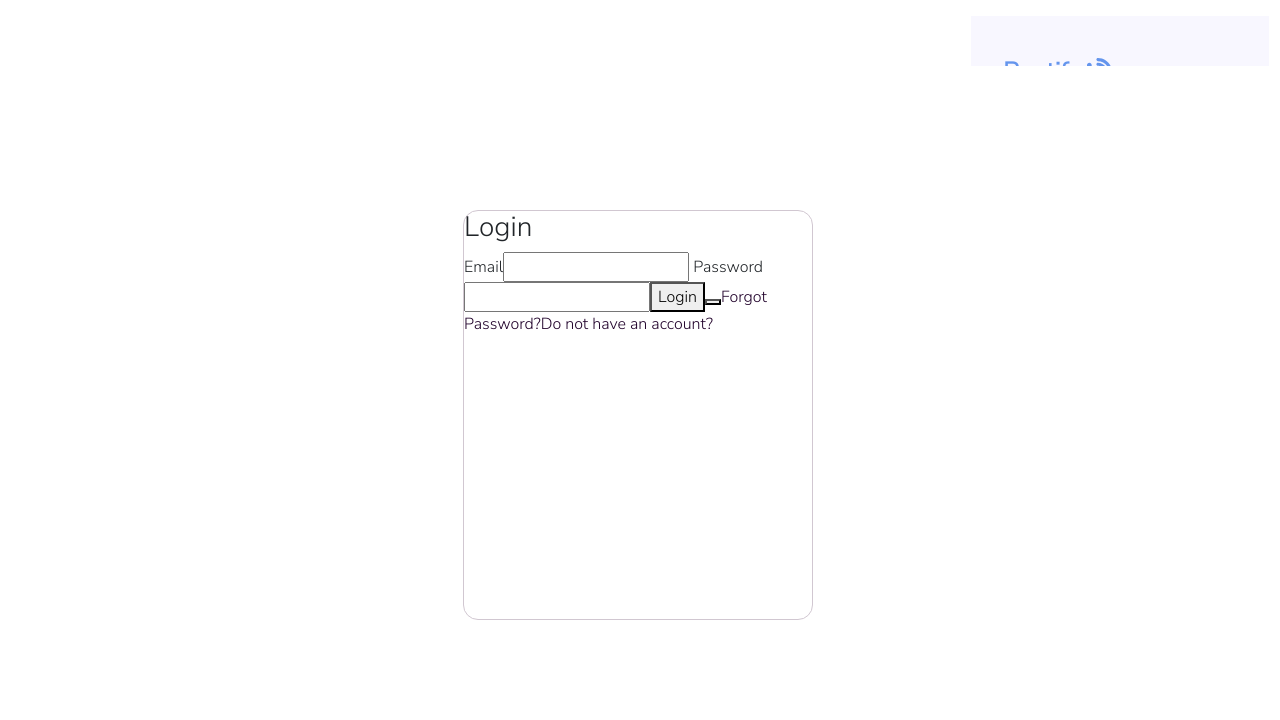
Repository: duzzisantos/rentify
Page: /auth/home
These files come from the project's save history. The page is drawn as it stood at one moment and after the next save; the edit follows.
The browser window is 1280 px wide. The pictures show the whole page.
The page's requests for data from a server got no answer. The project was rebuilt for these pictures with package versions that can differ from the ones it lists, and the page was loaded fresh each time. No one was signed in, and anything a server would have sent is missing. Also part of the build but not shown: src/admin.js, src/auth/register.js, src/table-component.js, src/edit-property.js, src/tables.js, src/booking.js.

Above is the page before, as saved 2022-05-19 00:41:43.

### src/App.js
import "./App.css";
import "react-bootstrap";
import "bootstrap/dist/css/bootstrap.min.css";
import { Route, Routes } from "react-router-dom";
import Homepage from "./home";
import Admins from "./admin";
import Auth from "./auth/auth";
import Login from "./auth/login";
import Register from "./auth/register";
import Tables from "./tables";
import EditProperty from "./edit-property";
import Booking from "./booking";

function App() {
  return (
    <div className="App">
      <Auth/>
      <Routes>
        <Route path="/" element={<Login />} />
        <Route path="login/*" element={<Login />} />
        <Route path="register/*" element={<Register />} />
        <Route path="auth/*" element={<Auth />} />
        <Route path="auth/home/*" element={<Homepage />} />
        <Route path="auth/admin" element={<Admins />} />
        <Route path="auth/tables/*" element={<Tables />} />
        <Route path="auth/admin/edit-property/:ID" element={<EditProperty />} />
        <Route path="booking/:ID" element={<Booking />} />
      </Routes>
    </div>
  );
}

export default App;

### src/App.css
@import url("https://fonts.googleapis.com/css2?family=Nunito+Sans:wght@300&family=Poppins:wght@200;300&family=Roboto&family=Roboto+Serif:wght@300&family=Ubuntu:wght@300&display=swap");
* {
  font-family: "Nunito Sans", sans-serif;
}
.App {
  /* display: flex;
  flex-direction: column; */
  height: fit-content;
  width: 100%;
}

.hero {
  height: calc(0.25 * 657px);
  background-color: rgb(33, 2, 43);
  width: 100%;
  padding-top: 80px;
  margin-top: 120px;
  background-image: url("https://i.dlpng.com/static/png/7058604_preview.png");
  background-repeat: no-repeat;
  background-size: cover;
  background-position: 0%;
  filter: grayscale(0);
}

.filter-property {
  height: calc(0.6 * 657px);
  background-color: azure;
  width: 100%;
  color: gray;
  justify-content: center;
  align-items: center;
  bottom: 0;
  padding-top: 40px;
}

.filter-property input {
  text-align: center;
}
#display-results {
  height: 657px;
  background-color: white;
  width: 100%;
  color: gray;
}

#hero-text {
  height: 80%;
  text-align: center;
}

h1 {
  color: white;
  padding-top: 0px;
  font-size: clamp(20px, 55px, 60px);
}

h4,
h6 {
  padding-top: 10px;
  margin-left: 25px;
  font-size: clamp(10px, 15px, 20px);
  color: rgba(0, 0, 0, 0.705);
}

.filter-property span {
  margin-left: 25px;
  margin-top: 10px;
  color: rgba(0, 0, 0, 0.705);
  display: block;
  font-weight: 600;
  font-size: 14px;
}

.filter-property label {
  display: inline-block;
  margin-left: 22px;
  font-size: 13px;
  color: rgba(0, 0, 0, 0.705);
}

.filter-property input[type="checkbox"] {
  display: inline-block;
  margin-left: 5px;
}

#search-btn {
  background-color: transparent;
  border: 1px solid black;
  color: rgba(0, 0, 0, 0.705);
  border-radius: 10px;
  display: block;
  margin-left: 25px;
  margin-top: 10px;
  padding: 6px;
  font-size: 13px;
  width: 70px;
  margin-bottom: 20px;
}

#search-btn:hover {
  border: 1px solid rgb(33, 2, 43);
  color: rgb(33, 2, 43);
}

.link {
  text-decoration-line: none;
  color: white;
  margin: 10px;
}

.links{
  color: rgb(33, 2, 43);
  text-decoration: none;
}
.link:hover {
  color: gray;
}

tr .link {
  text-decoration-line: none;
  color: rgba(0, 0, 0, 0.705);
  margin: 10px;
}

tr .link:hover {
  color: rgb(33, 2, 43);
}

.admin-container,
.edit-container {
  height: fit-content;
  padding-top: 80px;
  display: flex;
  flex-direction: column;
  width: 100%;
  justify-content: center;
  align-items: center;
}

.admin-container h2,
.admin-container h6,
.edit-container h6 {
  text-align: center;
}

.admin-container h2,
.edit-container h2 {
  color: rgba(0, 0, 0, 0.705);
  padding: 25px;
}

.admin-container form,
.edit-container form {
  padding-top: 20px;
  width: 450px;
  margin-left: 0;
  display: block;
  background-color: azure;
  display: flex;
  flex-direction: column;
  margin-bottom: 20px;
  border-radius: 15px;
}

.admin-container input,
.edit-container input {
  display: block;
  border: 1px solid rgb(212,212,212);
  border-radius: 15px;
  width: 300px;
  font-size: small;
  text-indent: 5px;
  margin-left: 15%;
}

.admin-container label,
.admin-container span,
.edit-container label,
.edit-container span {
  display: block;
  font-size: small;
  margin-top: 10px;
  margin-left: 15%;
}

#admin-btn {
  border-radius: 15px;
  border: 1px solid transparent;
  margin-bottom: 15px;
  margin-top: 15px;
  color: white;
  background-color: #25D366;
  display: block;
  font-size: small;
  margin-left: 15%;
  width: 100px;
  padding: 4px;
}


.display-data {
  height: fit-content;
  background-color: rgb(33, 2, 43);
  padding-top: 80px;
  color: whitesmoke;
  display: flex;
  flex-direction: column;
}

.display-data h2,
.display-data h6 {
  text-align: center;
  color: whitesmoke;
}

.photos {
  margin-top: 5px;
}

.photos::placeholder {
  font-size: small;
  text-indent: 5px;
}

#search {
  margin-bottom: 15px;
  width: 300px;
  border: 1px solid rgb(212,212,212);
  border-radius: 15px;
  outline: none;
  padding: 4px;
  margin-left: 40%;
  /* margin-left: 19%; * for media query max-width 550px */
}

#search::placeholder {
  font-size: small;
  text-align: center;
}

input {
  outline: none;
}
.database {
  height: fit-content;
  background-color: azure;
  margin-top: 10px;
}

#delete {
  background-color: transparent;
  border: 1px solid #eb5e55;
  color: black;
  border-radius: 5px;
}

#data-reference {
  width: 950px;
  display: inline-block;
  overflow: hidden;
}

#data-reference ol li {
  margin-bottom: 12px;
}
#update-dialog input {
  width: 300px;
  margin-top: 3px;
  display: block;
}

#final-update {
  background-color: rgb(33, 2, 43);
  border: 1px solid transparent;
  color: whitesmoke;
  margin-bottom: 10px;
}

h4,
#display-results span {
  text-align: center;
}

#display-results {
  width: 100%;
  height: fit-content;
  border: 1px solid azure;
}

.one-result {
  width: 100%;
  height: fit-content;
  border: 1px solid whitesmoke;
}

.image-holder {
  height: fit-content;
  width: fit-content;
  border: 1px solid whitesmoke;
  display: flex;
  flex-direction: row;
  flex-wrap: wrap;
  margin-left: 80px;
}

.image-holder img {
  background-repeat: no-repeat;
  background-size: cover;
  height: 140px;
  width: 185px;
  margin: 5px;
  border: 1px solid whitesmoke;
  background-size: cover;
  background-position: center;
  transition: transform 0.5s;
}

.image-holder img:hover {
  transform: scale(1.3);
}
tr img {
  height: 30px;
  width: 40px;
  border: 1px solid whitesmoke;
  background-size: cover;
  background-position: center;
  transition: transform 0.5s;
}

tr img:hover {
  transform: scale(3);
}

.primary-details li {
  font-size: small;
  margin-left: 60px;
}
.primary-details li:nth-child(1) {
  margin-top: 10px;
}
.amenities li {
  list-style-type: none;
  display: inline-block;
  justify-content: space-between;
  margin: 8px;
  margin-left: 50px;
  font-size: small;
}

.booking {
  border: 1px solid rgb(33, 2, 43);
  color: rgb(33, 2, 43);
  background-color: transparent;
  margin-left: 3px;
  border-radius: 15px;
  font-size: 11px;
  margin-bottom: 10px;
}

.isAvailable {
  background-color: #25D366;
  border: 1px solid transparent;
  border-radius: 15px;
  color: white;
  font-size: 11px;
  margin-bottom: 5px;
  margin-left: 80px;
}

.booking-wrapper{
  height: fit-content;
  width: 100%;
  display: flex;
  flex-direction: column;
  justify-content: center;
  align-items: center;
  padding-top: 80px;
}

.my-booking{
  height: 500px;
  width: 400px;
  background-color: azure;
  border-radius: 15px;
}

.my-booking form{
  display: flex;
  flex-direction: column;
}
.my-booking label{
  margin-left: 50px;
  margin-top: 15px;
}
.my-booking input{
  width: 300px;
  margin-left: 50px;
  border-radius: 15px;
  margin-bottom: 5px;
  border: 1px solid rgb(212,212,212);
  text-indent: 10px;
}
.account-display {
  margin-top: 200px;
  margin-left: 35%;
  display: flex;
  flex-direction: column;
  height: 350px;
  width: 400px;
  background-color: rgb(33, 2, 43);
  border-top-left-radius: 50px;
  border-bottom-right-radius: 50px;

  /* margin-left: 36%;
  margin-top: calc(37% / 5); */
}

.account-display .account-nav {
  list-style-type: none;
  display: flex;
  flex-direction: row;
  margin-bottom: 25px;
  margin-top: 10px;
  margin-left: 210px;
}

.account-display .account-nav .links {
  text-decoration-line: none;
  color: whitesmoke;
  margin-left: 20px;
  font-size: small;
}

.account-nav .links:hover {
  color: gray;
}

.account-form-wrapper {
  height: 200px;
  width: 400px;
  display: flex;
  flex-direction: column;
  background-color: rgb(33, 2, 43);
  color: whitesmoke;
  /* border-top-left-radius: 50px;
  border-bottom-right-radius: 50px; */
}

.account-form-wrapper h3 {
  text-align: center;
  margin-bottom: 30px;
}

.account-form-wrapper form {
  display: flex;
  flex-direction: column;
  width: 80%;
  margin-left: 10%;
}

.account-form-wrapper input {
  margin-bottom: 20px;
  border-radius: 10px;
  border: 1px solid transparent;
}

.account-form-wrapper button {
  margin: 20px 10px 0px 0px;
  width: 30%;
  border: 1px solid whitesmoke;
  background-color: transparent;
  border-radius: 50px;
  color: whitesmoke;
}

.account-form-wrapper .account-nav .links {
  color: whitesmoke;
  text-decoration: none;
  list-style-type: none;
}

.list-wrapper {
  padding-top: 80px;
  width: 99%;
  height: fit-content;
}

.auth-container{
  height: 80px;
  width: 100%;
  background-color: rgb(33, 2, 43);
  border: 1px solid white;
}

.login,
.register,
.reset {
  height: 645px;
  width: 99.7%;
  display: -webkit-box;
  display: -ms-flexbox;
  display: flex;
  -webkit-box-orient: vertical;
  -webkit-box-direction: normal;
      -ms-flex-direction: column;
          flex-direction: column;
  -webkit-box-pack: center;
      -ms-flex-pack: center;
          justify-content: center;
  -webkit-box-align: center;
      -ms-flex-align: center;
          align-items: center;
  bottom: 0;
}

.login-container,
.register-container,
.reset-container {
  height: 410px;
  width: 350px;
  border: 1px solid #d1c7d1;
  border-radius: 15px;
  margin-top: 50px;
}

.auth-container {
  height: 52px;
  width: 300px;
  margin-right: 10px;
  overflow: hidden;
  margin-left: auto;
  margin-top: 15px;
  display: -webkit-box;
  display: -ms-flexbox;
  display: flex;
  -webkit-box-orient: horizontal;
  -webkit-box-direction: normal;
      -ms-flex-direction: row;
          flex-direction: row;
}

.auth-span {
  height: -webkit-fit-content;
  height: -moz-fit-content;
  height: fit-content;
  width: -webkit-fit-content;
  width: -moz-fit-content;
  width: fit-content;
  margin-left: 4px;
  margin-top: 5px;
  overflow: hidden;
}

.auth-btn {
  height: 40px;
  width: 40px;
  border-radius: 50%;
  margin-left: 10px;
  margin-top: 8px;
}

.auth-btn:hover {
  color: white;
  background-color: crimson;
  -webkit-transition-delay: 20ms;
          transition-delay: 20ms;
}

/*Navbar component*/

.nav-items {
  width: 100%;
  height: 90px;
  margin-top: 0px;
}

.nav-links {
  display: inline-block;
  margin-left: 20px;
  padding-top: 15px;
}

.nav-links:nth-child(1) {
  font-size: 25px;
  color: cornflowerblue;
  font-weight: 800;
  -webkit-text-decoration-line: none;
          text-decoration-line: none;
  text-decoration: none;
  margin-left: 0px;
}

.nav-items #hamburger-icon {
  display: none;
}

.nav-items .dashboard-container {
  margin-left: 0px;
}

.link {
  color: #525f7a;
  font-size: 14px;
  text-decoration: none;
}

.link:hover {
  -webkit-text-decoration-line: underline;
          text-decoration-line: underline;
  text-decoration-thickness: 2px;
  -webkit-text-decoration-color: cornflowerblue;
          text-decoration-color: cornflowerblue;
}

.nav-wrap {
  display: -webkit-box;
  display: -ms-flexbox;
  display: flex;
  -webkit-box-orient: horizontal;
  -webkit-box-direction: normal;
      -ms-flex-direction: row;
          flex-direction: row;
  margin-top: 0px;
}

.navbar {
  height: 90px;
  background-color: #f8f7ff;
  -webkit-box-shadow: 1px 1px 5px 1px rgba(0, 0, 0, 0.1);
          box-shadow: 1px 1px 5px 1px rgba(0, 0, 0, 0.1);
  width: 100%;
  position: fixed;
  z-index: 2;
  display: -webkit-box;
  display: -ms-flexbox;
  display: flex;
  -webkit-box-orient: horizontal;
  -webkit-box-direction: normal;
      -ms-flex-direction: row;
          flex-direction: row;
}

### src/auth/auth.js
import React, { useState, useEffect } from "react";
import { useAuthState } from "react-firebase-hooks/auth";
import { useNavigate, Link } from "react-router-dom";
import "../App.css";
import { db, auth, logout } from "./firebase";
import { query, collection, getDocs, where } from "firebase/firestore";
import { FontAwesomeIcon } from "@fortawesome/react-fontawesome";
import { library } from "@fortawesome/fontawesome-svg-core";
import {
  faBars,
  faBlog,
  faCake,
  faClock,
  faHouse,
  faPowerOff,
  faUser,
} from "@fortawesome/free-solid-svg-icons";

library.add(faCake, faPowerOff, faHouse, faClock, faUser, faBars);
const isAuthorized = process.env.REACT_APP_ADMIN;

const Auth = () => {
  const [user, loading] = useAuthState(auth);
  const [name, setName] = useState("");
  const navigate = useNavigate();

  const fetchUserName = async () => {
    try {
      const q = query(collection(db, "users"), where("uid", "==", user?.uid));
      const doc = await getDocs(q);
      const data = doc.docs[0].data();
      setName(data.name);
    } catch (err) {
      console.log(err);
    }
  };

  useEffect(() => {
    if (loading) {
      return;
    } else if (!user) {
      fetchUserName();
      return navigate("/");
    }
  });

  // handles menu collapse for navbar

  const handleMenuCollapse = () => {
    var navitems = document.getElementById("myTopnav");
    if (navitems.className === "nav-items") {
      navitems.className += " responsive";
    } else {
      navitems.className = "nav-items";
    }
  };

  return (
    <div className="auth-container">
      <nav className="navbar">
        {/* <div className="img-holder" id="active"></div> */}
        <ul className="nav-items" id="myTopnav">
          <li className="nav-links" id="active">
            <Link to="/auth/home" className="nav-links">
              Rentify <FontAwesomeIcon icon={faBlog} />
            </Link>
          </li>
          <li className="nav-links">
            <Link to="/auth/home" className="link">
              Home
            </Link>
          </li>
          {user?.uid === isAuthorized ? (
            <>
              <li className="nav-links">
                <Link to="/auth/admin" className="link">
                  Admin
                </Link>
              </li>
              <li className="nav-links">
                <Link to="/auth/table" className="link">
                  Database
                </Link>
              </li>
            </>
          ) : (
            <></>
          )}

          <li className="nav-links">
            <div className="auth-container">
              <span className="auth-span">
                <FontAwesomeIcon icon={faUser} style={{ color: "#000000" }} />
              </span>
              <span className="auth-span">{name}</span>
              <div className="auth-avi" title="Logged in">
                {user?.email[0].toUpperCase()}
              </div>
              <span className="auth-span">{user?.email}</span>
              <button
                className="auth-btn"
                onClick={logout}
                type="button"
                title="Logout"
              >
                <FontAwesomeIcon icon={faPowerOff} />
              </button>
            </div>
          </li>
          <li
            className="nav-links"
            id="hamburger-icon"
            onClick={handleMenuCollapse}
          >
            <FontAwesomeIcon icon={faBars} style={{ fontSize: "30px" }} />
          </li>
        </ul>
      </nav>
    </div>
  );
};

export default Auth;

### src/auth/login.js
import React, { useEffect, useState } from "react";
import { Link, useNavigate } from "react-router-dom";
import {
  auth,
  logInWithEmailAndPassword,
  signInWithGoogle,

} from "./firebase";
// import { signInWithFacebook } from "./facebook-auth";
import { useAuthState } from "react-firebase-hooks/auth";
import "../App.css";
const Login = () => {
  const [email, setEmail] = useState("");
  const [password, setPassword] = useState("");
  const [user, loading] = useAuthState(auth);

  const navigate = useNavigate();

  useEffect(() => {
    if (loading) {
      return;
    }
    if (user) navigate("/auth/home");
  });
  return (
    <div className="login">
      <div className="login-container">
        <h3>Login</h3>
        <label htmlFor="login-email">Email</label>
        <input
          type="text"
          id="login-email"
          value={email}
          onChange={(e) => setEmail(e.target.value)}
        />{" "}
        <label htmlFor="login-password">Password</label>
        <input
          type="password"
          id="login-password"
          value={password}
          onChange={(e) => setPassword(e.target.value)}
        />
        <button
          className="login-btn"
          onClick={() => logInWithEmailAndPassword(email, password)}
        >
          Login
        </button>
        <button className="google" onClick={signInWithGoogle}></button>
        <span className="login-span">
          <Link to="reset" className="links">
            Forgot Password?
          </Link>
        </span>
        <span className="login-span">
          <Link to="register" className="links">
            Do not have an account?
          </Link>
        </span>
      </div>
    </div>
  );
};

export default Login;

### src/auth/firebase.js
// Import the functions you need from the SDKs you need
import { initializeApp } from "firebase/app";
import {
  GoogleAuthProvider,
  getAuth,
  signInWithPopup,
  createUserWithEmailAndPassword,
  sendPasswordResetEmail,
  signOut,
  signInWithEmailAndPassword,
  FacebookAuthProvider,
  GithubAuthProvider,
} from "firebase/auth";

import {
  getFirestore,
  query,
  getDocs,
  collection,
  where,
  addDoc,
} from "firebase/firestore";

const firebaseConfig = {
  apiKey: "AIzaSyBq7ZNJVq1t_7de0pP81LbAvlPEPQxA0vo",
  authDomain: "rentify-auth.firebaseapp.com",
  projectId: "rentify-auth",
  storageBucket: "rentify-auth.appspot.com",
  messagingSenderId: "445797736646",
  appId: "1:445797736646:web:41143314a017117dcc77c7",
  measurementId: "G-53M80TPLJK",
};

// Initialize Firebase
const app = initializeApp(firebaseConfig);
const auth = getAuth(app);
const db = getFirestore(app);
const provider = new FacebookAuthProvider();
provider.addScope("user_birthday");
provider.setCustomParameters({
  display: "popup",
});

const googleProvider = new GoogleAuthProvider();
const signInWithGoogle = async () => {
  try {
    const res = await signInWithPopup(auth, googleProvider);
    const user = res.user;
    const q = query(collection(db, "users"), where("uid", "==", user.uid));
    const docs = await getDocs(q);
    if (docs.docs.length === 0) {
      await addDoc(collection(db, "users"), {
        uid: user.uid,
        name: user.displayName,
        authProvider: "google",
        email: user.email,
      });
    }
  } catch (err) {
    console.log(err);
  }
};

//Facebook authentication

const signInWithFacebook = async () => {
  try {
    const res = await signInWithPopup(auth, provider);
    const user = res.user;
    const q = query(collection(db, "users"), where("uid", "==", user.uid));
    const docs = await getDocs(q);
    if (docs.docs.length === 0) {
      await addDoc(collection(db, "users"), {
        uid: user.uid,
        name: user.displayName,
        authProvider: "facebook",
        email: user.email,
        photo: user.photoURL,
      });
    }
  } catch (err) {
    console.log(err);
  }
};

const gitProvider = new GithubAuthProvider();
gitProvider.addScope("user");
gitProvider.setCustomParameters({
  allow_signup: "false",
});
const signInUsingGithub = async () => {
  try {
    const res = await signInWithPopup(auth, gitProvider);
    const user = res.user;
    const q = query(collection(db, "users"), where("uid", "==", user.uid));
    const docs = await getDocs(q);
    if (docs.docs.length === 0) {
      await addDoc(collection(db, "users"), {
        uid: user.uid,
        name: user.displayName,
        authProvider: "github",
        email: user.email,
        photo: user.photoURL,
      });
    }
  } catch (err) {
    console.log(err);
  }
};

const logInWithEmailAndPassword = async (email, password) => {
  try {
    await signInWithEmailAndPassword(auth, email, password);
  } catch (err) {
    alert("Either Email or Password is incorrect!");
    console.log(err);
  }
};

const registerWithEmailAndPassword = async (name, email, password) => {
  try {
    const res = await createUserWithEmailAndPassword(auth, email, password);
    const user = res.user;
    await addDoc(collection(db, "users"), {
      uid: user.uid,
      name,
      authProvider: "google",
      email,
    });
  } catch (err) {
    console.log(err);
  }
};

const sendPasswordReset = async (email) => {
  try {
    await sendPasswordResetEmail(auth, email);
    console.log("Password reset link sent!");
  } catch (err) {
    console.log(err);
  }
};

const logout = () => {
  signOut(auth);
};

export {
  auth,
  db,
  signInWithGoogle,
  signInWithFacebook,
  signInUsingGithub,
  logInWithEmailAndPassword,
  registerWithEmailAndPassword,
  sendPasswordReset,
  logout,
};

Loaded but not shown: public/index.html (common file); src/index.js (common file); src/index.css (common file); src/home.js (128 lines, source omitted)

After the next save:
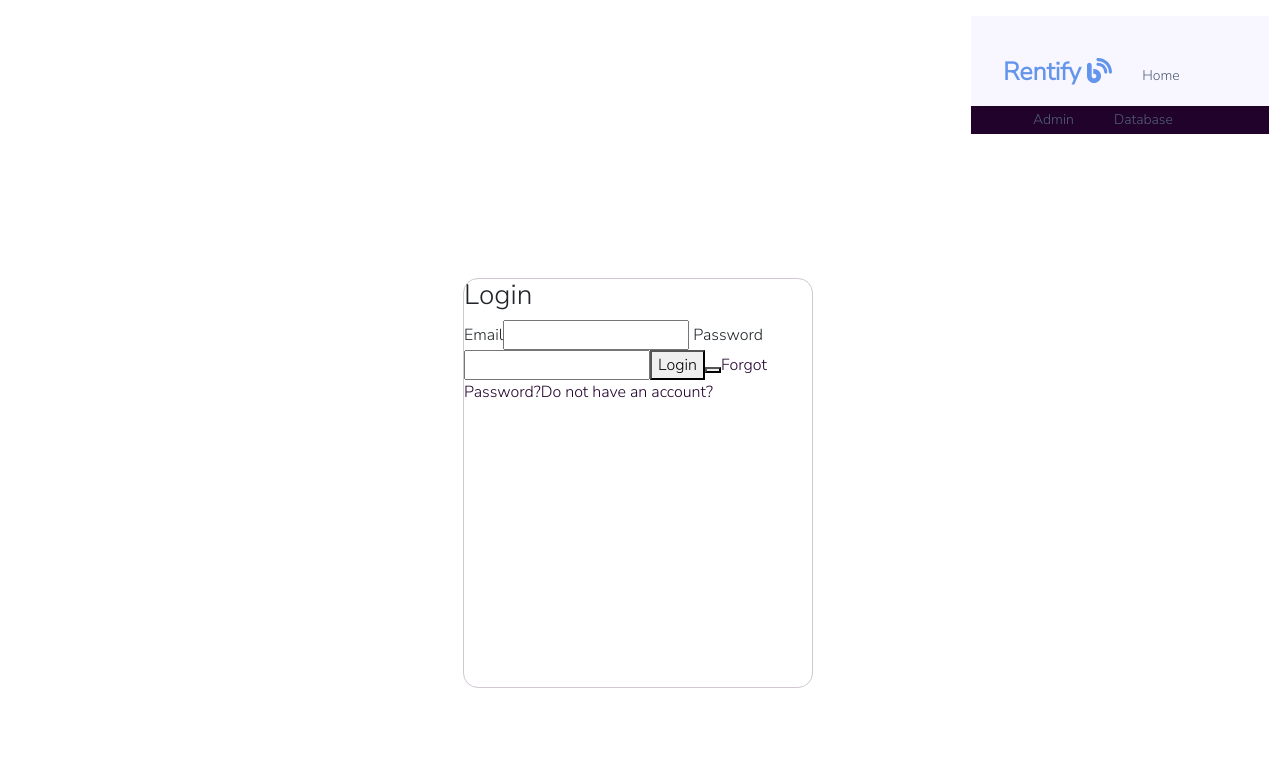
Saved 49 s later.
--- a/src/App.css
+++ b/src/App.css
@@ -524,7 +524,7 @@ tr img:hover {
 }
 
 .auth-container {
-  height: 52px;
+  height: 120px;
   width: 300px;
   margin-right: 10px;
   overflow: hidden;
